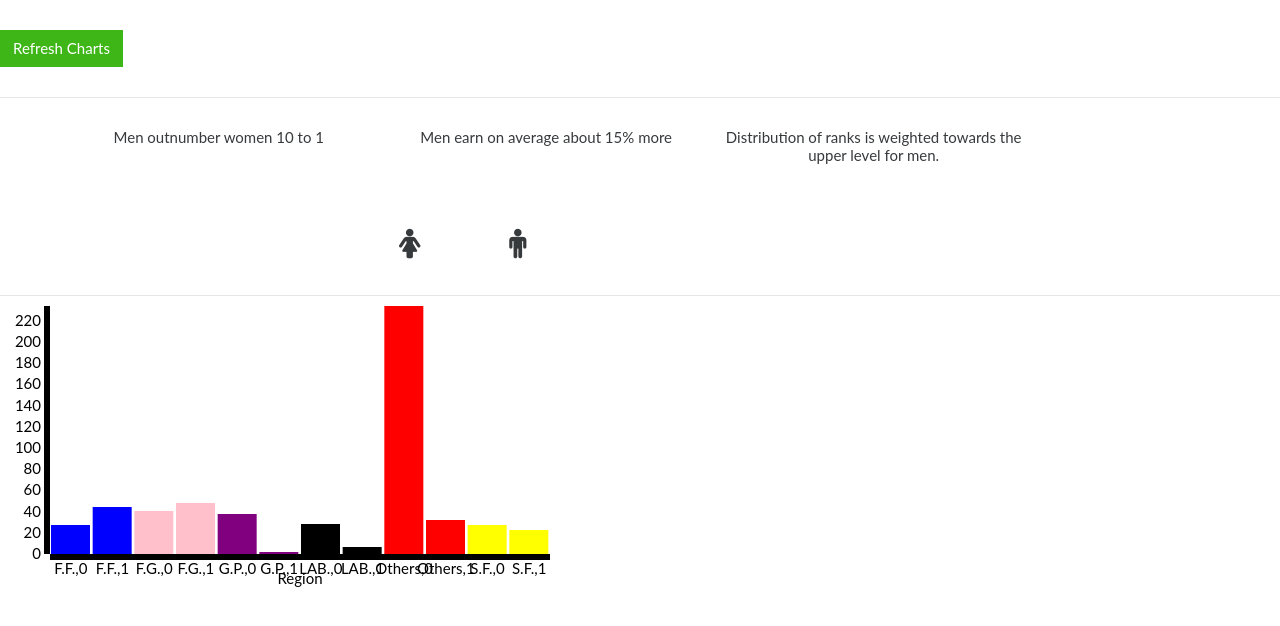
Repository: pauldardis/project-2-test
Page: index.1.html
The author's editor kept a record of every edit. The page is drawn from the files as they stood at one moment, then again after the next edit.
The browser window is 1280 px wide. The pictures show the whole page.

Above is the page before.

### index.1.html
<!DOCTYPE html>
<html lang="en">

<head>
    <meta charset="UTF-8">
    <meta name="viewport" content="width=device-width, initial-scale=1.0">
    <meta http-equiv="X-UA-Compatible" content="ie=edge">
    <title>Dashboard</title>

    <link rel="stylesheet" href="assets/css/bootstrap.min.css" type="text/css" />
    <!--<link rel="stylesheet" href="assets/css/dc.min.css" type="text/css" />-->
    <link rel="stylesheet" type="text/css" href="https://maxcdn.bootstrapcdn.com/font-awesome/4.7.0/css/font-awesome.min.css">
    <link rel="stylesheet" href="assets/css/style.css" type="text/css" />


    <script type="text/javascript" src="assets/js/d3.min.js"></script>
    <script type="text/javascript" src="assets/js/crossfilter.min.js"></script>
    <script type="text/javascript" src="assets/js/dc.min.js"></script>
    <script type="text/javascript" src="assets/js/queue.min.js"></script>
    <script type="text/javascript" src="assets/js/graps.1.js"></script>

</head>

<body>

    <section class="section">
        <div id="refresh-button">
            <button type="submit" class="btn btn-success" onClick="refreshPage()">Refresh Charts</button>
        </div>
    </section>




    <section class="section">
        <div class="container">
            <div class="row">
                <div class="row">
                    <div class="col-xs-12 col-sm-4 text-center">
                        <p class="section-paragraph">Men outnumber women 10 to 1</p>
                    </div>
                    <div class="col-xs-12 col-sm-4 text-center">
                        <p class="section-paragraph">Men earn on average about 15% more</p>
                    </div>
                    <div class="col-xs-12 col-sm-4 text-center">
                        <p class="section-paragraph">Distribution of ranks is weighted towards the upper level for men.</p>
                    </div>
                </div>
                <div class="container">
                    <div class="row">
                        <div class="col-xs-12 col-sm-4 col-md-4 col-lg-4 text-center custom-chart" id="region-selector"></div>
                        <div class="col-xs-12 col-sm-4 col-md-4 col-lg-4 text-center custom-chart" id="constituency-selector"></div>
                        <div class="col-xs-12 col-sm-4 col-md-4 col-lg-4 text-center custom-chart" id="elected-selector"></div>
                    </div>
                </div>
            </div>
        </div>
        <div class="row col-12"></div>
        <div class="col-xs-12 col-sm-12 col-lg-12 gender-box">
            <i class="fa fa-female fa-gender" aria-hidden="true"></i> <span class="number-box" id="percent-of-women-professors"></span>
            <i class="fa fa-male fa-gender" aria-hidden="true"></i> <span class="number-box" id="percent-of-men-professors"></span>
        </div>
    </section>

    <section>
        <div class="container-fluid">
            <div class="row">
                <div class="col-xs-12 col-sm-6 col-md-3 col-lg-3">
                    <div>
                        <div>
                            <div class=" " id="party_first_preference_graphs"></div>
                        </div>
                    </div>
                </div>
                <div class="col-xs-12 col-sm-6 col-md-3 col-lg-3">
                    <div>
                        <div>
                            <div class="" id="party_total_votes_graphs"></div>
                        </div>
                    </div>
                </div>
                <div class="col-xs-12 col-sm-6 col-md-3 col-lg-3">
                    <div>
                        <div>
                            <div class="" id="candidate-first-preferance-graph">
                            </div>
                        </div>
                    </div>
                </div>
                <div class="col-xs-12 col-sm-6 col-md-3 col-lg-3">
                    <div>
                        <div>
                            <!--<div class="" id="candidate-graph">-->
                            </div>
                        </div>
                    </div>
                </div>
            </div>
    </section>



<div class="" id="candidate-graph"></div>
<div class="" id="candidate-graph-v2"></div>







    <!--<div class="col-xs-12 col-sm-6 col-md-3 col-lg-3 " id="party_first_preference_graphs"></div>-->
    <!--<div class="col-xs-12 col-sm-6 col-md-3 col-lg-3 text-center" id="party_total_votes_graphs"></div>-->
    <!--<div class="col-xs-12 col-sm-6 col-md-3 col-lg-3 text-center" id="candidate-first-preferance-graph"></div>-->
    <!--<div class="col-xs-12 col-sm-6 col-md-3 col-lg-3 text-center" id="candidate-total-votes-graph"></div>-->


    <section>
        <div class="container">
            <div class="row">
                <!--<div class="col-xs-12 col-sm-4 text-center" id="candidate-first-preferance-graph"></div>-->
                <!--<div class="col-xs-12 col-sm-4 text-center" id="candidate-total-votes-graph"></div>-->
            </div>
        </div>
    </section>








</body>

</html>

### assets/css/style.css
.gender-box {
	display: block;
	margin-left: auto;
	margin-right: auto;
	width: 40%;
}


.graph-box {
	display: block;
	margin-left: auto;
	margin-right: auto;
}


/*This removes the gridlines on the row chart but causes issue with x axesis */
/*.tick  { */
/*    display: none;*/
/*     }*/








/*.row {*/
/*	margin: 0px;*/
/*	padding: 0px;*/
/*}*/

/*.container {*/
/*	margin: 0px;*/
/*	padding: 0px;*/
/*}*/








.navbar-default {
	background-image: none;
	margin-bottom: 0;
}

.section-heading,
#discipline-selector {
	display: inline-block;
	float: none;
	margin: 0;
}

.section-heading {
	margin-bottom: 50px;
}

#discipline-selector {
	margin-left: 15px;
}

.number-box {
	margin-right: 75px;
}

.number-box,
.fa.fa-gender {
	font-size: 30px;
	font-weight: 500;
}

.fa-gender {
	margin-right: 10px;
}

.custom-chart {
	margin-bottom: 40px;
}

.section {
	border-bottom: 1px solid #e6e6e6;
	padding: 30px 0;
}

.section-paragraph {
	line-height: 1.2;
}

@import url("https://fonts.googleapis.com/css?family=Lato:300,400&display=swap");

/* BODY & HTML */
body {
    font-family: "Lato", sans-serif;
    font-weight: 400;
}

body,
html {
    width: 100%;
    height: 100%;
    padding: 0;
    margin: 0;
}

/* HEADINGS */
/* Styling of the dashboard title */

h1 {
    margin: 0;
}

/* Styling of heading 2 */

h2 {
    font-size: 1rem;
    font-weight: 300;
    margin-bottom: 0;
    margin-top: 15px;
}

/* SPINNER */
/* Spinner on data loading
spinner animation found on CodePen: https://codepen.io/judecodes/pen/PrBOvG?&page=1 */

.loader {
    z-index: 99;
    width: 200px;
    height: 200px;
    border-radius: 50%;
    border-top: 2px solid #2477b4;
    border-bottom: 2px solid transparent;
    border-left: 2px solid transparent;
    border-right: 2px solid transparent;
    animation: spin 3s linear infinite forwards;

    position: absolute;
    top: 0;
    bottom: 0;
    left: 0;
    right: 0;
    margin: auto;
}

.loader::before,
.loader::after {
    content: "";
    position: absolute;
    border-radius: 50%;
    border-top: 2px solid #2477b4;
    border-bottom: 2px solid transparent;
    border-left: 2px solid transparent;
    border-right: 2px solid transparent;
}

.loader::before {
    top: 7px;
    left: 7px;
    width: 178px;
    height: 178px;
    border-top: 2px solid #e6562e;
    animation: spin 2s linear infinite forwards;
}

.loader::after {
    top: 16px;
    left: 16px;
    width: 160px;
    height: 160px;
    border-top: 2px solid #f2893c;
    animation: spin 1s linear infinite forwards;
}

@keyframes spin {
    to {
        transform: rotate(360deg);
    }
}

/* Overlay styled to dim the background for spinner */

#overlay {
    z-index: 98;
    position: fixed;
    top: 0;
    left: 0;
    height: 100%;
    width: 100%;
    background: rgba(0, 0, 0, .5);
}

/* BACK TO TOP BUTTON */
/* Back to top button inspired by this Codepen solution: https://codepen.io/matthewcain/pen/ZepbeR */

#button {
    display: inline-block;
    background-color: transparent;
    color: #DF691A;
    border: 1px solid #DF691A;
    width: 50px;
    height: 50px;
    text-align: center;
    border-radius: 3px;
    position: fixed;
    bottom: 30px;
    right: 30px;
    transition: background-color .3s,
    opacity .5s, visibility .5s;
    opacity: 0;
    visibility: hidden;
    z-index: 97;
}

#button::after {
    content: "\f077";
    font-family: FontAwesome;
    font-weight: normal;
    font-style: normal;
    font-size: 2em;
    line-height: 50px;
}

#button:active {
    color: #ffffff;
    background-color: #DF691A;
}

#button.show {
    opacity: 1;
    visibility: visible;
}

/* REGIONAL SELECTOR */
/* Region selector menu styling */

#region-selector select {
    background: #5d6b78;
    border: #445360;
    color: #ebebeb;
    font-size: 1rem;
}

/* Select menu styling to match bootstrap theme */

select {
    background: #4e5d6c;
    color: #ebebeb;
}

/* CARDS */
/* Increasing size of font awesome icons */

.fa {
    font-size: 3rem;
}


/* Styles for tiles/cards */

.tile-s1,
.tile-s2,
.tile-s3 {
    max-width: 45rem;
}

.tile-s3 {
    min-height: 20rem;
}

.tile-s3 span {
    font-size: 1.5rem;
}

.tile-s4 {
    max-width: 70rem;
}

/* Card titles and filter label styled to uppercase */

.card-header,
.selector-label {
    text-transform: uppercase;
}

/* Number box font size increased to make it more prominent */

.number-box span {
    font-size: 1.5rem;
}

/* Shadow added to the chart tiles */

.shadow-box {
    box-shadow: 4px 4px 7px 0px rgba(61, 78, 94, 1);
}

/* Charts styling to fix the issue of responsiveness */

#composite-hour,
#composite-month {
    height: 300px;
    width: 750px;
}

/* Increasing the size of a viewbox so charts are bigger */

#accidents-severity,
#rd-type-split {
    height: 400px;
    width: 460px;
}

#severity-distribution {
    height: 400px;
    width: 380px;
}

/* DATA COUNT & RESET
/* Changing default margins to create some space between count feature and other sections */

.dc-data-count {
    margin: 10px 0;
}

/* Reset button  - border-radius added to match back0to0top button and shadow box removed*/

#reset-button {
    border-radius: 3px;
}

#reset-button:focus {
    box-shadow: none;
}

/* FOOTER */
/* adding margin so footer ellements have some space inbetween on smaller devices */

.footer-item {
    margin-bottom: 10px;
}

/* Underlining removed from all links */

a:hover {
    text-decoration: none;
}

/* MEDIA QUERIES */

@media only screen and (min-width: 1200px) {

    .tile-s2 {
        min-height: 30rem;
    }

}

@media only screen and (max-width: 1200px) {

    h1 {
        font-size: 1.9rem;
    }

    #stacked-chart {
        max-width: 70rem;
    }

}

@media only screen and (max-width: 992px) {

    .card-header {
        font-size: 0.7rem;
    }

    .number-box span {
        font-size: 1.2rem;
    }

}

/* media query created to make number display element look better, to add more space between the chart and the number */

@media only screen and (max-width: 767px) {

    .number-box span {
        font-size: 1.5rem;
    }

    .card-header,
    .selector-label {
        font-size: 0.8rem;
    }

    #accidents-severity,
    #rd-type-split {
        height: 360px;
        width: 440px;
    }

    #severity-distribution {
        height: 370px;
        width: 360px;
    }

}

/* Adjustments to font sizes to avoid line break */

@media only screen and (max-width: 576px) {

    h1 {
        font-size: 2rem;
    }

    .card-header,
    .selector-label {
        font-size: 1rem;
    }

    .navbar-brand {
        font-size: 1rem;
    }

    /* height adjusted to reduce space at top and the bottom of the chart (within the card) */
    #composite-hour,
    #composite-month {
        height: 120px;
    }

    #accidents-severity,
    #rd-type-split {
        height: 260px;
    }

}

@media only screen and (max-width: 375px) {

    #severity-distribution {
        height: 250px;
    }

}

/* Solution to sticky hover on mobile devices found here: https://medium.com/@ferie/detect-a-touch-device-with-only-css-9f8e30fa1134 */

@media (hover: hover) {

    #button:hover {
        cursor: pointer;
        background-color: #DF691A;
        color: #ffffff;
    }

}

### assets/js/graps.1.js
queue()
    .defer(d3.csv, "assets/data/election-2016.csv")
    .await(makeGraphs);



function makeGraphs(error, salesData) {
    var ndx = crossfilter(salesData);

    // region_selector(ndx);
    // constituency_selector(ndx);
    // elected_selector(ndx);
    // party_first_preference_graphs(ndx);
    // party_total_votes_graphs(ndx);
    // candidate_first_preferance_graphs(ndx);
    // candidate_total_votes_graphs(ndx);
    // candidate_graphs(ndx);
    candidate_graphs_v2(ndx);

    // show_percent_that_are_professors(ndx, "F", "#percent-of-women-professors");
    // show_percent_that_are_professors(ndx, "M", "#percent-of-men-professors");





    dc.renderAll();
}


function candidate_graphs_v2(ndx) {

    var genderColors = d3.scale.ordinal()
        .domain(["F.G.", "F.F.", "Others", "S.F.", "LAB.", "G.P."])
        .range(["pink", "blue", "red", "yellow", "black", "purple"]);

    var dim = ndx.dimension(dc.pluck('Party_Abbreviation'));
    var group = dim.group().reduceSum(dc.pluck('Seat'));


    var party_color = ndx.dimension(function(d) {
        return [d.Party_Abbreviation, d.Seat];
    });
      console.log(group.all());

    var partyGroup = party_color.group();

    console.log(group.all());



    dc.barChart("#candidate-graph-v2")
        .width(600)
        .height(300)
        .margins({ top: 10, right: 50, bottom: 30, left: 50 })
        .dimension(party_color)
        .colorAccessor(function(d) {
            return d.key[0];
        })
        .colors(genderColors)
        .group(partyGroup)
        .x(d3.scale.ordinal())
        .xUnits(dc.units.ordinal)
        .elasticY(true)
        .xAxisLabel("Region")
        .yAxis().ticks(10);


}









































// function show_revenue_graphs(ndx) {
//     var dim = ndx.dimension(dc.pluck('Candidate'));
//     var group = dim.group().reduceSum(dc.pluck('Total_Votes'));
//     // var group = dim.group();

//     dc.rowChart("#revenue-graph")
//         .width(600)
//         .height(2000)
//         .margins({ top: 10, right: 50, bottom: 30, left: 50 })
//         .dimension(dim)
//         .group(group);
// .transitionDuration(500)
// .x(d3.scale.ordinal())
// .xUnits(dc.units.ordinal)
// .elasticY(true)
// .xAxisLabel("Region")
// .yAxis().ticks(10);


// }


// function candidate_graphs(ndx) {
//     var dim = ndx.dimension(dc.pluck('Candidate'));
//     var group = dim.group().reduceSum(dc.pluck('Constituency_Name'));

//     dc.barChart("#candidate-graph")
//         .width(600)
//         .height(300)
//         .margins({ top: 10, right: 50, bottom: 30, left: 50 })
//         .dimension(dim)
//         .group(group)
//         .transitionDuration(500)
//         .x(d3.scale.ordinal())
//         .xUnits(dc.units.ordinal)
//         .elasticY(true)
//         .xAxisLabel("Region")
//         .yAxis().ticks(10);

// }

Loaded but not shown: assets/css/bootstrap.min.css (library); assets/js/d3.min.js (library); assets/js/crossfilter.min.js (library); assets/js/dc.min.js (library); assets/js/queue.min.js (common file)

After the next edit:
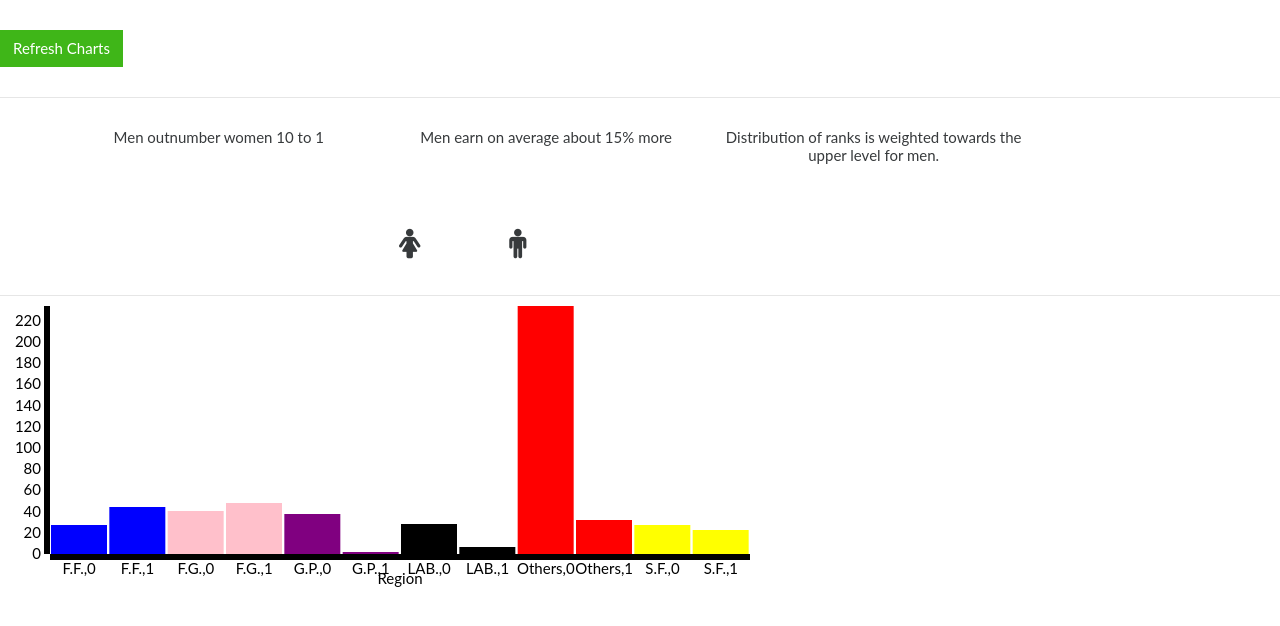
The edit:
--- a/assets/js/graps.1.js
+++ b/assets/js/graps.1.js
@@ -50,7 +50,7 @@
 
 
     dc.barChart("#candidate-graph-v2")
-        .width(600)
+        .width(800)
         .height(300)
         .margins({ top: 10, right: 50, bottom: 30, left: 50 })
         .dimension(party_color)
